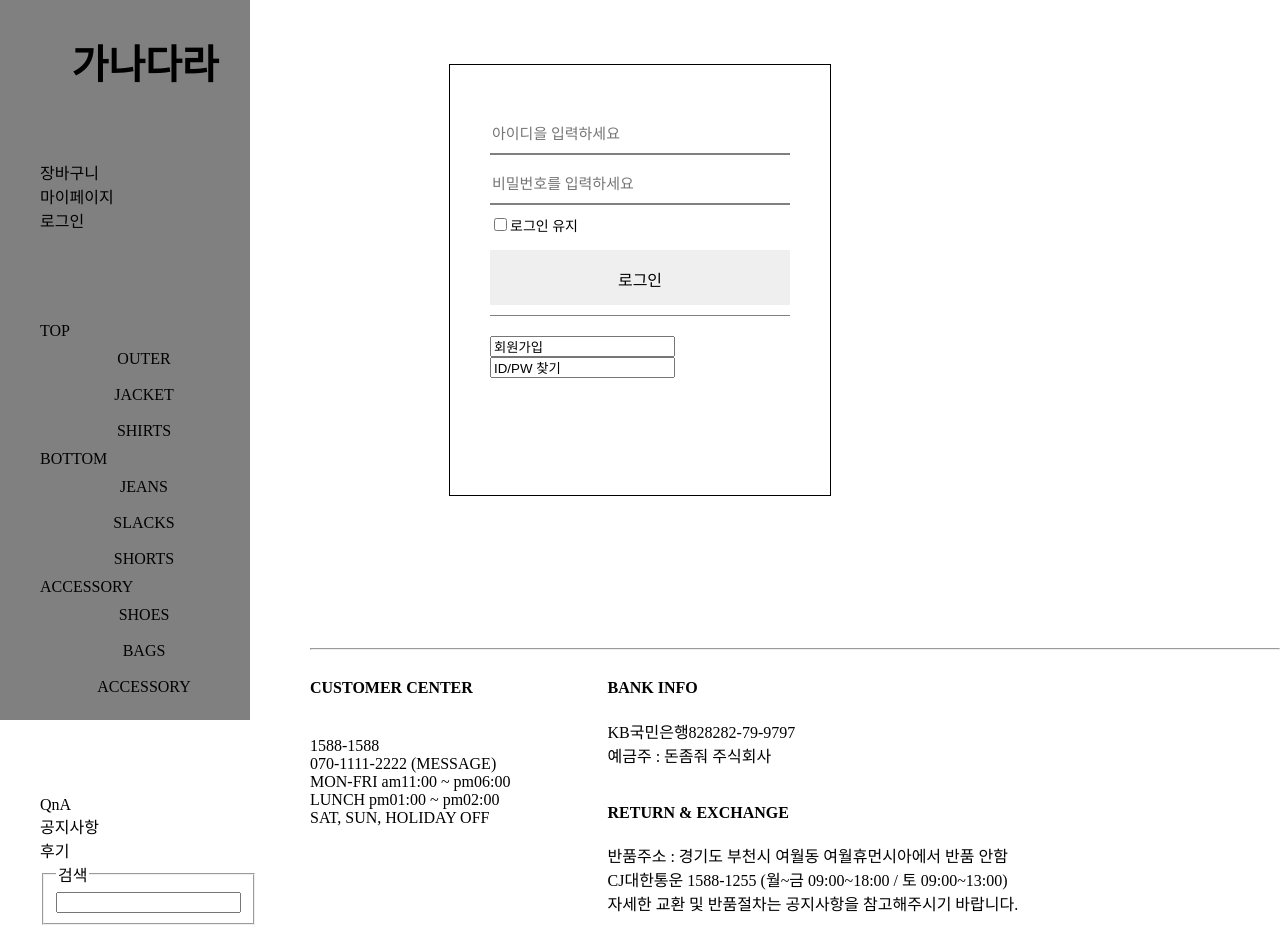
Repository: wonhong1103/springstudy
Page: http://localhost/Webpage/WEB-INF/views/member/login.jsp
The author's editor kept a copy of each file at every save. The page is drawn from the files as they stood at one save, then again after the next save.
The browser window is 1280 px wide. The pictures show the whole page.
The page is served by Tomcat 9. Nobody is signed in. Other server files are loaded and not shown. The template is opened directly, without the code that normally fills it, so the values that code supplies are empty.

Above is the page before, as saved 2020-10-16 06:04:06.

### Webpage/src/main/webapp/WEB-INF/views/member/login.jsp
<%@ page language="java" contentType="text/html; charset=UTF-8"
	pageEncoding="UTF-8"%>
<!DOCTYPE html>
<html>
<head>
<meta charset="UTF-8">
<title>로그인 화면</title>
<!-- 전체 css -->
<style type="text/css">
li {list-style: none;}
body, html {height:100%; margin:0px; padding:0px;font-family: 'Times New Roman', serif;}
a {text-decoration: none;color: black;}
</style>
<!-- 왼 사이드바 -->
<style type="text/css">
#s_sidebar {float: left;background-color: gray;position: fixed;width: 250px;height: 100%;}
#s_sidebar ul ul {margin: 2px;padding: 2px;position: relative;text-align: center;}
#s_sidebar ul li li {width: 200px;height: 30px;line-height: 30px;}
#s_sidebar ul ul li:hover {background: darkgray;}
#s_sidebar ul ul li:hover ul {display: block;}
#s_sidebar ul ul li a {width: 200px;height: 30px;line-height: 30px}
#s_sidebar ul ul ul {display: none;position: absolute;left: 205px;top: 0px;background-color: gray}
</style>
<!-- 로그인 css -->
<style>

table {
    border-collapse: collapse;
    border-spacing: 0;
}
    .wrapper { width:100%; height:80%; padding-top:5%; font-family: '돋움';}
    .main { }

    .login_box { width:300px; height:350px; padding: 40px; margin: 0 auto;
                  border: 1px solid black;}
    .login_box .input_login { border-bottom: 2px solid gray; padding: 20px 0 9px 0;}
    .login_box .input_login input { width: 100%; color: gray; font-size: 15px; border:none; font-family:inherit;}
    .login_box .check { color: black; font-size: 14px; padding: 10px 0px 15px 0px; font-family: '돋움';}

    .login_box  .login input { width:100%; height:55px;  font-size:16px;
                               padding:17px 0 16px; border:0; cursor:pointer; font-family:'돋움';}

    .login_box .last { width:100%; margin-top:10px; border-top:1px solid gray; padding-top:20px;}
    .login_box .last .join { float:left;}
    .login_box .last .search { float:right;}
    .login_box .last .join a { color: skyblue;}
    .login_box .last .search a { color:gray;}
</style>


<!-- 로그인 스크립트 -->
<script type="text/javascript">
	function login_ok(f) {
		f.action = "login_ok.do";
		f.submit();
		if (document.getElementById("login_id").value != document
				.getElementById("hidden1").value) {
			alert("아이디가 틀렸습니다.");
		}
		if (document.getElementById("login_pw").value != document
				.getElementById("hidden2").value) {
			alert("비밀번호가 틀렸습니다.");
		}
	}
	function join_go(f) {
		f.action = "join.do";
		f.submit();
	}
	function fidnidpw_go(f) {
		f.action = "findidpw.do";
		f.submit();
	}
</script>

</head>
<body>
	<!-- 헤더 (암것도 없음) -->
	<header id="main_header"> </header>

	<!-- 왼쪽메뉴바 -->
	<nav id="sidebar">

		<div id="s_sidebar">
			<ul>
				<div id="title">
					<h1 style="Font-size: 40px; text-align: center;">
						<a href="home.html">가나다라</a>
					</h1>
					<br> <br>
					<div id="main_gnb">
						<li class="m_bar"><a href="#">장바구니</a></li>
						<li class="m_bar"><a href="#">마이페이지</a></li>
						<li class="m_bar"><a href="#">로그인</a></li>
					</div>
					<br> <br> <br> <br> <br>
				</div>
				<li>TOP
					<ul>
						<li>OUTER
							<ul>
								<li><a href="#">s menu1</a></li>
								<li><a href="#">s menu2</a></li>
								<li><a href="#">s menu3</a></li>
							</ul>
						</li>
					</ul>
					<ul>
						<li>JACKET
							<ul>
								<li><a href="#">s menu1</a></li>
								<li><a href="#">s menu2</a></li>
								<li><a href="#">s menu3</a></li>
							</ul>
						</li>
					</ul>
					<ul>
						<li>SHIRTS
							<ul>
								<li><a href="#">s menu1</a></li>
								<li><a href="#">s menu2</a></li>
								<li><a href="#">s menu3</a></li>
							</ul>
						</li>
					</ul>
				</li>

				<li>BOTTOM
					<ul>
						<li>JEANS
							<ul>
								<li><a href="#">s menu1</a></li>
								<li><a href="#">s menu2</a></li>
								<li><a href="#">s menu3</a></li>
							</ul>
						</li>
					</ul>
					<ul>
						<li>SLACKS
							<ul>
								<li><a href="#">s menu1</a></li>
								<li><a href="#">s menu2</a></li>
								<li><a href="#">s menu3</a></li>
							</ul>
						</li>
					</ul>
					<ul>
						<li>SHORTS
							<ul>
								<li><a href="#">s menu1</a></li>
								<li><a href="#">s menu2</a></li>
								<li><a href="#">s menu3</a></li>
							</ul>
						</li>
					</ul>
				</li>

				<li>ACCESSORY
					<ul>
						<li>SHOES
							<ul>
								<li><a href="#">s menu1</a></li>
								<li><a href="#">s menu2</a></li>
								<li><a href="#">s menu3</a></li>
							</ul>
						</li>
					</ul>
					<ul>
						<li>BAGS
							<ul>
								<li><a href="#">s menu1</a></li>
								<li><a href="#">s menu2</a></li>
								<li><a href="#">s menu3</a></li>
							</ul>
						</li>
					</ul>
					<ul>
						<li>ACCESSORY
							<ul>
								<li><a href="#">ring</a></li>
								<li><a href="#">necklace</a></li>
								<li><a href="#">watch</a></li>
							</ul>
						</li>
					</ul>
				</li>
				<br>
				<br>
				<br>
				<br>
				<br>
				<div class="other">
					<li><a href="#">QnA</a></li>
					<li><a href="#">공지사항</a></li>
					<li><a href="#">후기</a></li>
				</div>

				<form>
					<fieldset class="width: 150px;">
						<legend>검색</legend>
						<input id="keyword" name="keyword" fw-filter="" fw-label="검색어"
							fw-msg="" class="inputTypeText" placeholder=""
							onmousedown="SEARCH_BANNER.clickSearchForm(this)" value=""
							type="text">

						<div class="searchbtn"
							onclick="SEARCH_BANNER.submitSearchBanner(this); return false;">
							<i class="xi-search" aria-hidden="true"></i>
						</div>

					</fieldset>
				</form>
			</ul>
		</div>
	</nav>

	<!-- 로그인창 -->
 <div class="wrapper">
        <div class="main">
            <div class="login_box">
                <div class="input_login">
                    <input type="text" name="m_id" placeholder="아이디을 입력하세요">
                </div>
                <div class="input_login">
                    <input type="password" name="m_pw" placeholder="비밀번호를 입력하세요">
                </div>
                <div class="check">
                    <label><input type="checkbox">로그인 유지</label>
                </div>
                <div class="login">
                    <input type="button" value="로그인" onclick="login_ok(this.form)">
                </div>
                <div class="last">
               	 	<input class="button" type="text" value="회원가입" onclick="join_go(this.form)">
                	<input class="button" type="text" value="ID/PW 찾기" onclick="findidpw_go(this.form)">
                    <!-- <div class="join"><a onclick="join_go(this.form)"> 회원가입 </a></div>
                    <div class="search"><a onclick="findidpw_go(this.form)">ID/PW 찾기</a></div> -->

                </div>
            </div>
        </div>
    </div>

	<!-- 하단 -->

	<footer style="margin-left: 310px; margin-right: auto; ">
		<hr>
		<div style="display: block; float: left; margin-right: 10%;">

			<p>
			<h4>CUSTOMER CENTER</h4>
			<br> 1588-1588<br> 070-1111-2222 (MESSAGE)<br> MON-FRI
			am11:00 ~ pm06:00<br> LUNCH pm01:00 ~ pm02:00<br> SAT, SUN,
			HOLIDAY OFF<br>
			</p>
		</div>

		<div style="display: block; float: left; margin-right: 10%;">
			<p>
			<h4>BANK INFO</h4>
			KB국민은행828282-79-9797 <br> 예금주 : 돈좀줘 주식회사<br>
			</p>
		</div>
		<div style="display: block; float: left; margin-right: 10%;">
			<p>
			<h4>RETURN & EXCHANGE</h4>
			반품주소 : 경기도 부천시 여월동 여월휴먼시아에서 반품 안함<br> CJ대한통운 1588-1255 (월~금
			09:00~18:00 / 토 09:00~13:00)<br> 자세한 교환 및 반품절차는 공지사항을 참고해주시기
			바랍니다.<br>
			</p>
		</div>
	</footer>
</body>
</html>

After the next save:
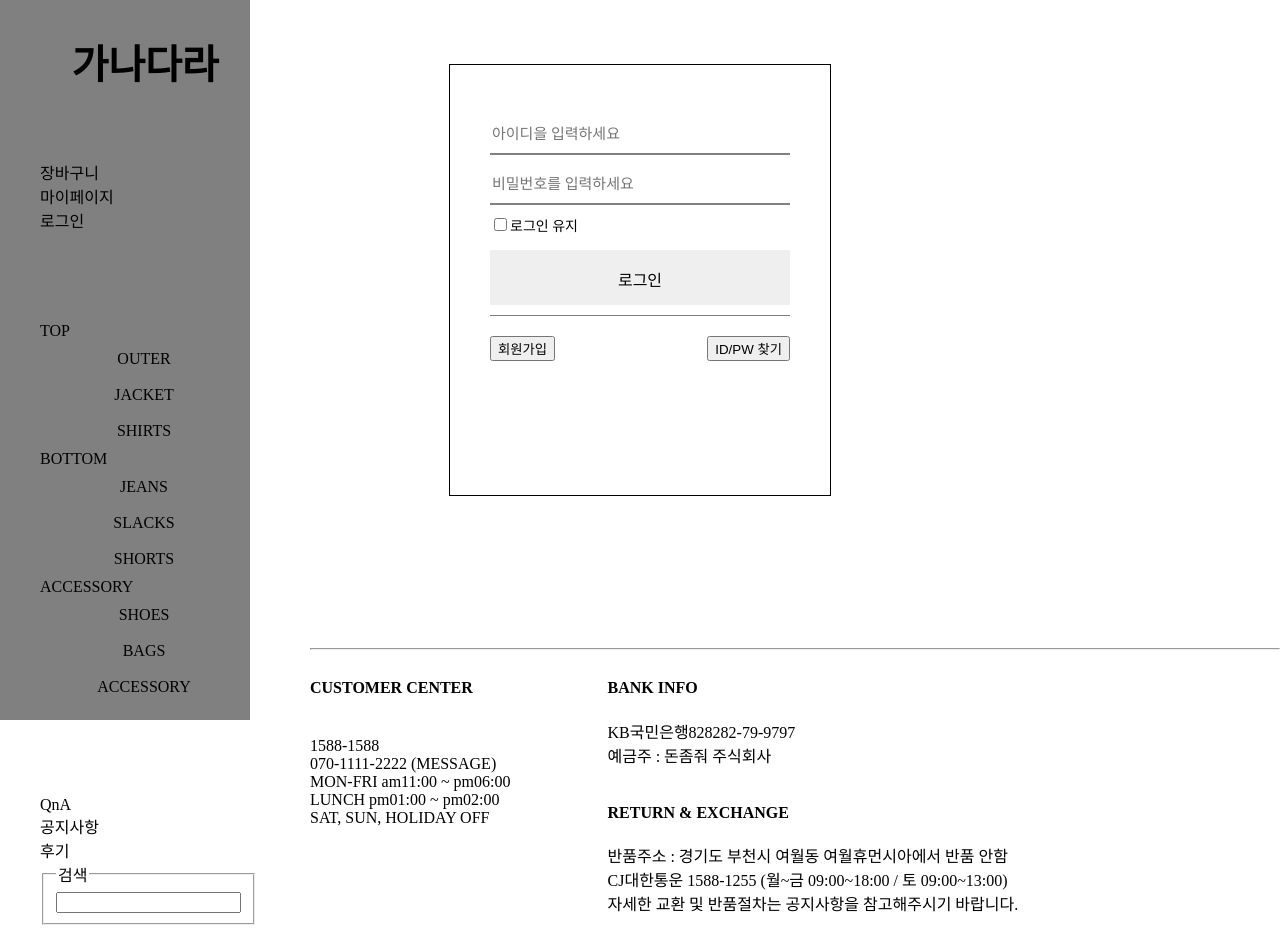
Saved 75 s later.
--- a/Webpage/src/main/webapp/WEB-INF/views/member/login.jsp
+++ b/Webpage/src/main/webapp/WEB-INF/views/member/login.jsp
@@ -230,11 +230,11 @@ table {
                     <input type="button" value="로그인" onclick="login_ok(this.form)">
                 </div>
                 <div class="last">
-               	 	<input class="button" type="text" value="회원가입" onclick="join_go(this.form)">
-                	<input class="button" type="text" value="ID/PW 찾기" onclick="findidpw_go(this.form)">
-                    <!-- <div class="join"><a onclick="join_go(this.form)"> 회원가입 </a></div>
-                    <div class="search"><a onclick="findidpw_go(this.form)">ID/PW 찾기</a></div> -->
-
+               	 	<input class="join" type="button" value="회원가입" onclick="join_go(this.form)">
+                	<input class="search" type="button" value="ID/PW 찾기" onclick="findidpw_go(this.form)">
+                    <!-- <div class="join"><a href="join_go(this.form)">회원가입</a></div>
+                    	 <div class="search"><a href="findidpw_go(this.form)">ID/PW 찾기</a></div>
+                    -->
                 </div>
             </div>
         </div>
